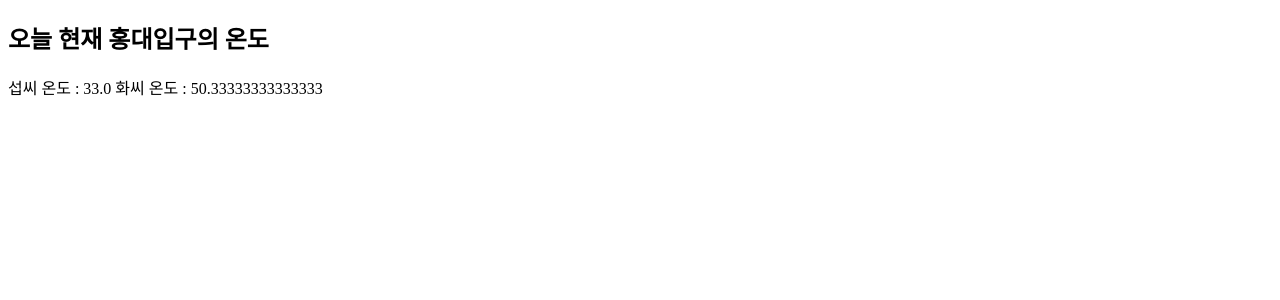
Repository: GITJIWOO/JavaBasic
Page: http://localhost/JSPBasic/MethodTest.jsp
These files come from the project's save history. The page is drawn as it stood at one moment and after the next save; the edit follows.
The browser window is 1280 px wide. The pictures show the whole page.
The page is served by Tomcat 9.

Above is the page before, as saved 2021-07-29 04:18:10.

After the next save:
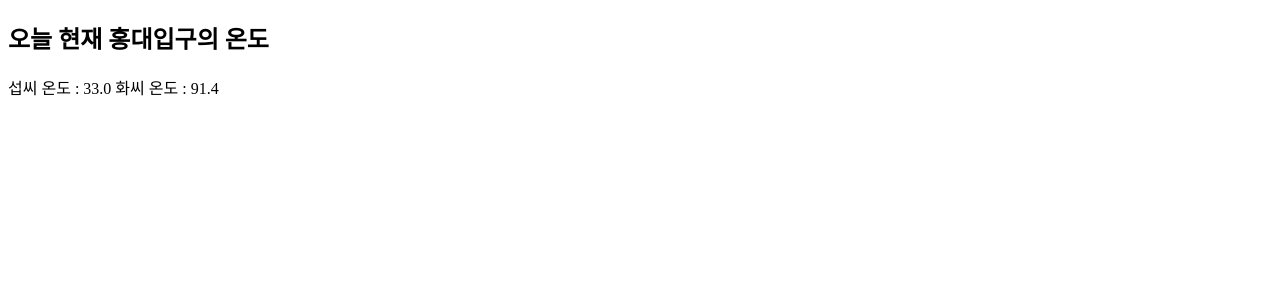
Saved 95 s later.
--- a/JSPBasic/WebContent/MethodTest.jsp
+++ b/JSPBasic/WebContent/MethodTest.jsp
@@ -10,7 +10,7 @@
 	<%!
 		double Celcius = 33.0;
 		double CtoF(){
-			return (Celcius / 1.8) + 32;
+			return (Celcius * 1.8) + 32;
 		}
 	%>
 	<%
